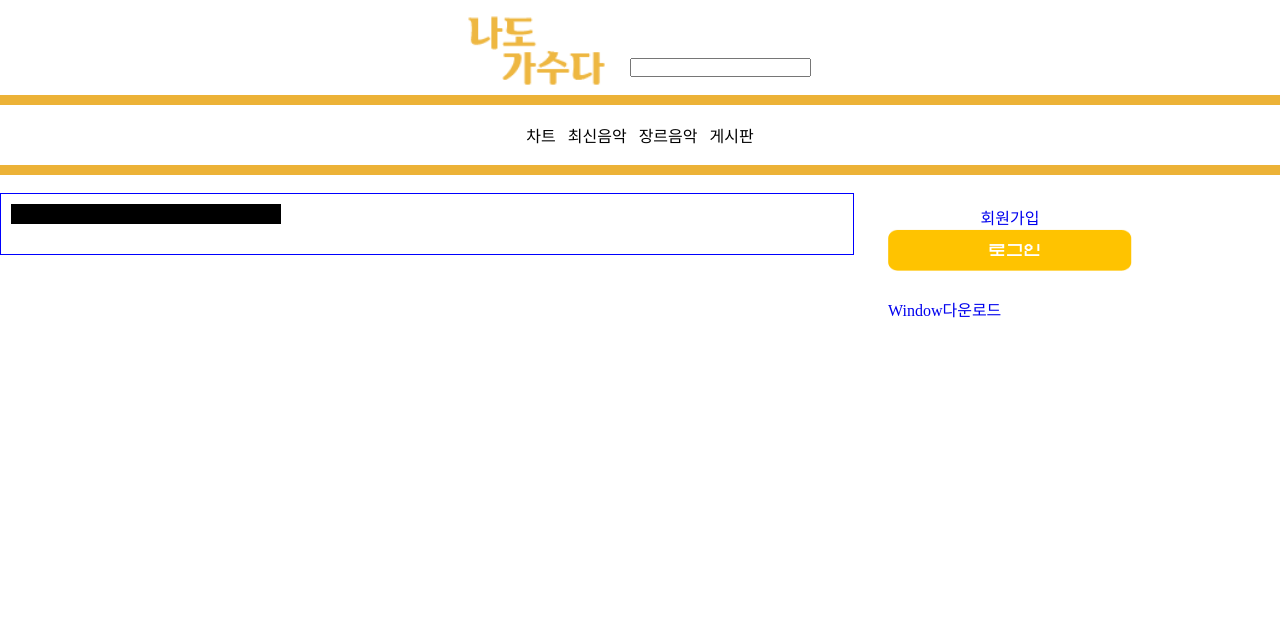
Repository: Ea-Bell/GraduationPortfolio
Page: http://localhost/WebTest/webTest/View/test/test.jsp
An editor plug-in stored every save of this project. The page is shown before and after the next save, followed by the edit.
The browser window is 1280 px wide. The pictures show the whole page.
The page is served by Tomcat 9. Nobody is signed in. The application's start-up code is not run. Other server files are loaded and not shown.

Above is the page before, as saved 2020-09-16 08:13:35.

### WEB_Server/WebTest/WebContent/webTest/View/test/test.jsp
<%@ page language="java" contentType="text/html; charset=UTF-8"
	pageEncoding="UTF-8"%>
<%@ taglib prefix="c" uri="http://java.sun.com/jsp/jstl/core"%>
   <%@ page import="java.io.File" %>
<!DOCTYPE html>
<html>
<head>

<link rel="stylesheet" type="text/css"
	href="/webTest/Model/mainForm/mainForm.css" />
<script type="text/javascript" src="/webTest/Model/mainForm/mainForm.js"></script>

<meta charset="UTF-8">
<title>회원제 게시판 예시</title>
</head>
<body>

<header>
	<div align="center">

		<form action="mainForm.jsp" method="post">
			<!-- 헤더 -->

				<a href="/index" style="background: white;">
					 <img src="/webTest/img/logo.png"
					 style="position: relative; top: 15px; left: 0px; width: 140px; width:140px"></a>
					  <input type="text" onclick=""
					style="position: relative; left: 20px;">
				&nbsp;&nbsp;&nbsp;&nbsp;&nbsp; <br>
				<br>

				<hr id="head_line" size="10px" color="#ECB237">

				<br> <a href="" onmouseover="TextMover()"
					onmouseout="TextMount()" id="nav" style="color: black;">차트</a>
				&nbsp; <a href="/webTest/View/fileUpLoad/fileList.jsp" onmouseover="TextMover2()"
					onmouseout="TextMount2()" id="nav2" style="color: black;">최신음악</a>
				&nbsp; <a href="" onmouseover="TextMover3()"
					onmouseout="TextMount3()" id="nav3" style="color: black;">장르음악</a>
						&nbsp; <a href="/webTest/article/list.jsp"  id="nav3" style="color: black;">게시판</a>
				<br>
				<br>
		</form>



	</div>
</header>
		<hr id="head_line" size="10px" color="#ECB237">
		<br>
	<!-- 콘텐츠 -->

	<div id="content"  style="border:1px solid blue; padding:10px; width: 65%;  float: left;" >


<aside id="main_bside" style="background-color: black;">

		</aside>





	</div>



	<div style="padding:10px; width: 30%; float: right;">
		<aside id="main_aside">

			<table border="0">
				<tr>
					<td><c:if test="${empty authUser }">
							<div align="center"><a href=""></a> <a href="/webTest/login/signUp.jsp">회원가입</a></div>
							<a href="/webTest/login/login.jsp" ><img alt="" src="/webTest/img/login/login.png" style="height: 42px; width: 244px;"></a>
							<br>

						</c:if> <c:if test="${!empty authUser}">
				${authUser.nickname}님, 안녕하세요.<br />
							<a href="/LogoutHandler">[로그아웃하기]</a>
							<a href="changePwdForm.jsp">[암호변경하기]</a>
									&nbsp;&nbsp;&nbsp;&nbsp;&nbsp;&nbsp;&nbsp;&nbsp;&nbsp;&nbsp;<a href="/webTest/list/newMusicForm.jsp">[마이페이지]</a>
						</c:if></td>
				</tr>
			</table>

			<br>
			<table border="0">
				<tr>

					<td>
				<a href="/webTest/나는가수다.msi" download=>Window다운로드</a>
					</td>

				</tr>
			</table>

		</aside>
		</div>
	<!-- 바텀 -->
	<div align="center">



	</div>

</body>
</html>

### WEB_Server/WebTest/WebContent/webTest/Model/mainForm/mainForm.css
@charset "UTF-8";
body{
	position: relative;
}

*{ margin:0; padding :0;}

img{border: 0; width:16px ; height: 16 px;}


#content{
	/* 중앙 정렬*/
	width: 960px;

	/* 수평 레이아웃 구성 */
	overflow: hidden;
}
#content > #main_section
{
	width: 650px;
	float: left;			/* 왼쪽에 붙입니다*/
}

#content > #main_aside{
	height:30%;
	width : 25%;
	float: right;           /*오른쪽에 붙입니다.*/
	margin-bottom: 20px;
	padding: 10px;

	color: #ff8000;


}



#content > #main_bside{

	width : 30%;
	height:0%;
	float: left;           /*왼쪽에 붙입니다.*/
	margin-bottom: 20px;
	padding: 10px;


}
#content > #main_cside{
	width :70%;
	height: 0%;
	float: none;           /*가운데에 붙입니다.*/
	margin-bottom: 20px;
	padding: 10px;
	border: 1px solid #e4e4e4;
	color: #ff8000;
	background-color:ff8000;
}

#textcolor{
	border: 1px solid #e4e4e4;
	color: #ff8000;
	background-color:ff8000;
}

#hr
{

}
#nav
{
	 font-family: ""
}
#winFont{
	font-family: "돋음";
	color: #1A1A1A;
}
a {
  text-decoration: none;
}

### WEB_Server/WebTest/WebContent/webTest/Model/mainForm/mainForm.js
/**
 *
 */

//문자나 이미지가 밖으로 나갔을경우
function TextMover() {
	var dama = document.getElementById('nav');
	dama.style.color="Red";
}
function ImgMover() {

}
function TextMover2() {
	var dama = document.getElementById('nav2');
	dama.style.color="Red";
}
function TextMover3() {
	var dama = document.getElementById('nav3');
	dama.style.color="Red";
}
//문자나 이미지가 밖으로 갔을경우
function TextMount() {
	var dama = document.getElementById('nav');
	dama.style.color="Black";
}
function TextMount2() {
	var dama = document.getElementById('nav2');
	dama.style.color="Black";
}
function TextMount3() {
	var dama = document.getElementById('nav3');
	dama.style.color="Black";
}
function ImgMount() {

}

After the next save:
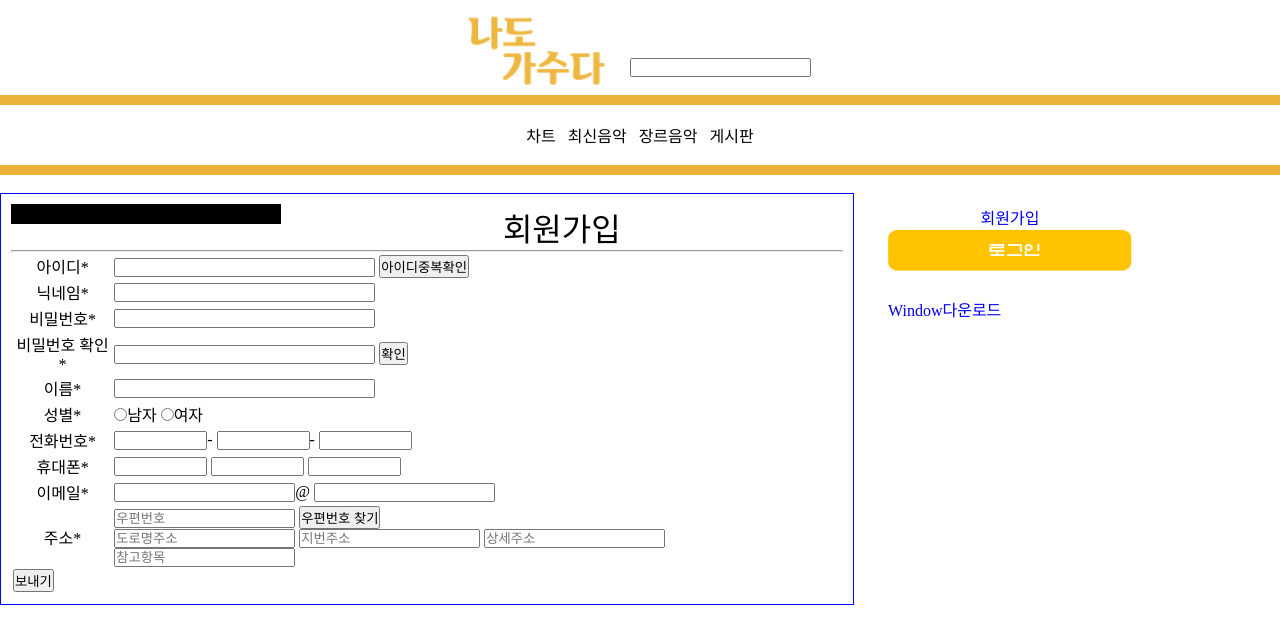
Saved 4 min 1 s later.
--- a/WEB_Server/WebTest/WebContent/webTest/View/test/test.jsp
+++ b/WEB_Server/WebTest/WebContent/webTest/View/test/test.jsp
@@ -57,7 +57,116 @@
 
 		</aside>
 
-
+<form action="" name="join" method="post">
+		<div align="center">
+			<span> <font size="6px">회원가입</font>
+			</span>
+			<hr>
+		</div>
+		<div align="center">
+			<table>
+				<tr>
+					<td align="center" id="iColor">아이디<span id="iSpan">*</span></td>
+					<td><input type="text" size="30" name="id" value="${param.id}">
+						<input type="submit" value="아이디중복확인" name="btn1" onclick="Btn(1)">
+					</td>
+				</tr>
+				<tr>
+					<td align="center" id="iColor">닉네임<span id="iSpan">*</span></td>
+					<td><input type="text" size="30" name="nickname"> <c:if
+							test="${errors.nickname }">닉네임을 입력하시오.</c:if></td>
+				</tr>
+				<tr>
+					<td align="center" id="iColor">비밀번호<span id="iSpan">*</span></td>
+					<td><input type="password" size="30" name="pw"> <c:if
+							test="${errors.pw}}">암호를 입력하시오</c:if></td>
+				</tr>
+				<tr>
+					<td align="center" id="iColor">비밀번호 확인<span id="iSpan">*</span></td>
+					<td><input type="password" size="30"> <input type="submit"
+						value="확인" name="confirmPw" onclick="Btn(3)"> <c:if
+							test="${errors.confirmPw}">암호를 입력하시오.</c:if></td>
+				</tr>
+				<tr>
+					<td align="center" id="iColor">이름<span id="iSpan">*</span></td>
+					<td><input type="text" size="30" name="name"
+						value="${param.name}"> <c:if test="${errors.name} }"></c:if>
+					</td>
+				</tr>
+
+							<!-- 성별에서 디비 오류남 -->
+				<tr>
+					<td align="center" id="iColor">성별<span id="iSpan">*</span></td>
+					<td><input type="radio" name="gender" value="남">남자 <input
+						type="radio" name="gender" value="여">여자 <c:if
+							test="${errors.gender}">성별을 클릭하시오.</c:if></td>
+				</tr>
+				<tr>
+					<td align="center" id="iColor">전화번호<span id="iSpan">*</span></td>
+					<td><input type="text" size="9" name="tel1">- <input
+						type="text" size="9" name="tel2">- <input type="text"
+						size="9" name="tel3"> <c:if test="${errors.tel }">전화번호를 입력하시오</c:if>
+					</td>
+				</tr>
+				<tr>
+					<td align="center" id="iColor">휴대폰<span id="iSpan">*</span></td>
+					<td><input type="text" size="9" name="phone1"> <input
+						type="text" size="9" name="phone2"> <input type="text"
+						size="9" name="phone3"> <c:if test="${errors.phone}">번호를 입력하시오</c:if>
+					</td>
+				</tr>
+				<tr>
+					<td align="center" id="iColor">이메일<span id="iSpan">*</span></td>
+
+
+			<td>
+			<input type="text" name ="email1">@
+			<input type="text" name ="email2">
+
+			</td>
+				<%-- 테스트 해야한다
+<!-- 이메일  오류 있으니 이메일 체인지 찾아서 수정해서 완료할것(완료시 주석 삭제 요청함) -->
+
+					<td>
+
+						<input type="text" name="email1" onfocus="this.value='';"> @
+						<input type="text" name="email2" value="" disabled>
+						 <select name="email1" onchange="email_change()">
+							<!--     <option value="0" >선택하세요</option> -->
+							<option id="email2" value="9">직접입력</option>
+
+							<option value="naver.com">naver.com</option>
+
+							<option value="nate.com">nate.com</option>
+					</select> <!-- 이메일끝 요기서 이메일 텍스트 부분을 3가지로 나눠서 생각하시오 --> <c:if
+							test="errors.email">이메일을 입력하시오</c:if>
+					</td>
+
+					 --%>
+				</tr>
+				<tr>
+					<td align="center" id="iColor">주소<span id="iSpan">*</span></td>
+
+					<td><input type="text" id="sample4_postcode" name="addr1"
+						placeholder="우편번호"> <input type="button"
+						onclick="sample4_execDaumPostcode()" value="우편번호 찾기"><br>
+
+						<input type="text" id="sample4_roadAddress" name="addr2"
+						placeholder="도로명주소"> <input type="text"
+						id="sample4_jibunAddress" name="addr3" placeholder="지번주소">
+
+						<span id="guide" style="color: #999; display: none"></span> <input
+						type="text" id="sample4_detailAddress" name="addr4"
+						placeholder="상세주소"> <input type="text"
+						id="sample4_extraAddress" name="addr5" placeholder="참고항목">
+						<c:if test="errors.addr">주소를 입력하시오</c:if></td>
+				</tr>
+				<tr>
+					<td><input type="submit" value="보내기" name="btn2"
+						onclick="Btn(2)"></td>
+				</tr>
+			</table>
+		</div>
 
 
 
@@ -97,6 +206,9 @@
 
 		</aside>
 		</div>
+
+
+
 	<!-- 바텀 -->
 	<div align="center">
 
